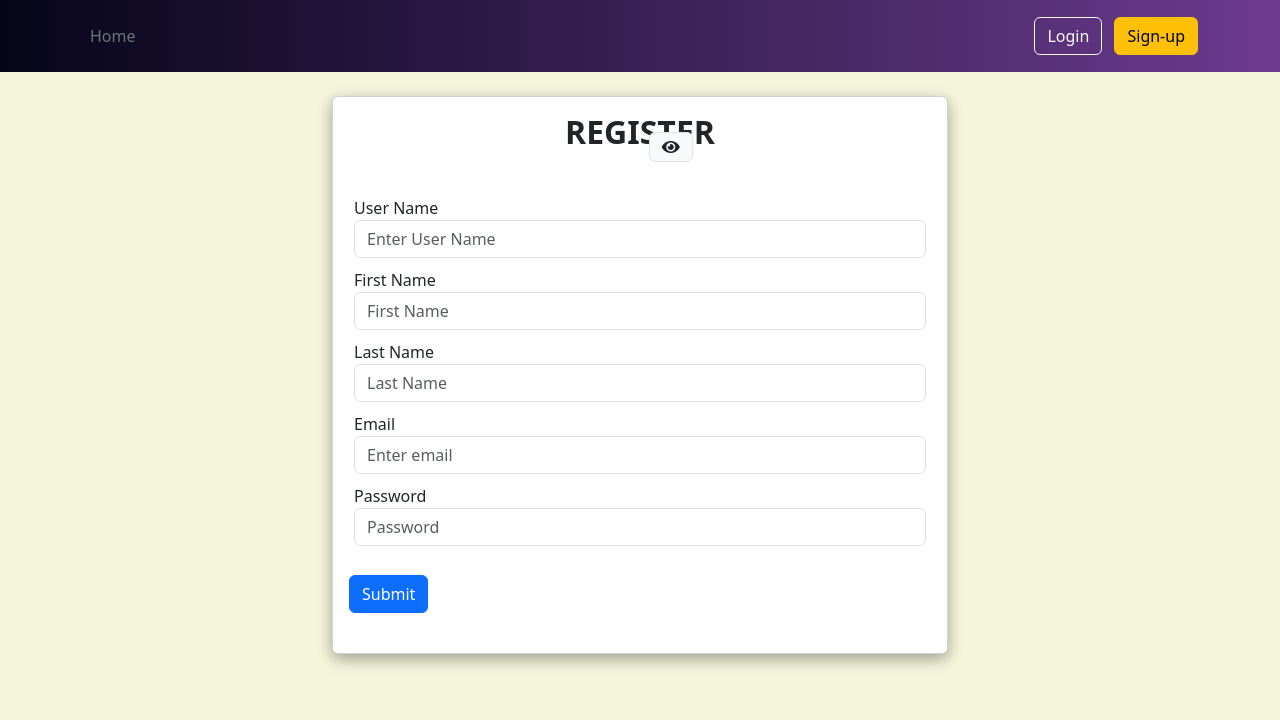
Repository: professorsourabh/php_membership
Page: http://localhost/assignment/
An editor plug-in stored every save of this project. The page is shown before and after the next save, followed by the edit.
The browser window is 1280 px wide. The pictures show the whole page.
Some web libraries are served in a nearby version. The page is run by PHP 8.4 with error messages shown; the project is at /var/www/html/.

Above is the page before, as saved 2023-07-09 15:33:44.

### index.php
<?php
session_start();
?>

<html lang="en">
<head>
    <meta charset="UTF-8">
    <meta name="viewport" content="width=device-width, initial-scale=1.0">
    <title>Assesment-Register</title>
    <link href="https://cdn.jsdelivr.net/npm/bootstrap@5.3.0/dist/css/bootstrap.min.css" rel="stylesheet" integrity="sha384-9ndCyUaIbzAi2FUVXJi0CjmCapSmO7SnpJef0486qhLnuZ2cdeRhO02iuK6FUUVM" crossorigin="anonymous">
    <link rel="stylesheet" href="https://cdnjs.cloudflare.com/ajax/libs/font-awesome/5.13.0/css/all.min.css">
    <link rel="stylesheet" href="index.css"></link>
</head>
<body>
    <header class="p-3 bg-dark text-white">
        <div class="container">
          <div class="d-flex flex-wrap align-items-center justify-content-center justify-content-lg-start">


            <ul class="nav col-12 col-lg-auto me-lg-auto mb-2 justify-content-center mb-md-0">
              <li><a href="#" class="nav-link px-2 text-secondary " >Home</a></li>

            </ul>

              <div class="text-end">
              <a type="button" class="btn btn-outline-light me-2" href="login.php">Login</a>
              <a type="button" class="btn btn-warning" href="index.php">Sign-up</a>
            </div>
          </div>
        </div>
      </header>
      <div class="container my-4 col-lg-6">
        <div class="card my-4" style="box-shadow: rgba(0, 0, 0, 0.35) 0px 5px 15px;">
            <div class="card-heading text-center my-3 mx-2">
                <h2 class="text-uppercase fw-bold">Register</h2>
            </div>
            <div class="card-body">
            <?php if (!empty($_SESSION['error_msg'])) { ?>
            <div class="error">
                <div class="alert alert-danger alert-dismissible fade show" role="alert">
                    <?php echo $_SESSION['error_msg']; ?>
                    <button type="button" class="btn-close" data-bs-dismiss="alert" aria-label="Close"></button>
                </div>
            </div>
            <?php
            unset($_SESSION['error_msg']);
        } ?>
         <?php if (!empty($_SESSION['success_msg'])) { ?>
            <div class="error">
                <div class="alert alert-success alert-dismissible fade show" role="alert">
                    <?php echo $_SESSION['success_msg']; ?>
                    <button type="button" class="btn-close" data-bs-dismiss="alert" aria-label="Close"></button>
                </div>
            </div>
            <?php
            unset($_SESSION['success_msg']);
        } ?>

        <form method="post" action="./controller/registerController.php">
            <div class="form-group">
                <label for="exampleInputusername">User Name</label>
                <input type="text" class="form-control" name="username" id="username" placeholder="Enter User Name">
              </div>

              <div class="form-group">
                <label for="exampleInputfirst_name">First Name</label>
                <input type="text" class="form-control" name="firstname" id="first_name" placeholder="First Name">
              </div>
              <div class="form-group">
                <label for="exampleInputlast_name">Last Name</label>
                <input type="text" name="lastname" class="form-control" id="last_name" placeholder="Last Name">
              </div>

            <div class="form-group">
              <label for="exampleInputEmail">Email</label>
              <input type="email" class="form-control" name="email" id="email"  placeholder="Enter email">

            </div>


              <div class="form-group">
                <label for="exampleInputPassword">Password</label>
                <input type="password" class="form-control" name="password" id="exampleInputPassword" placeholder="Password">
                <span class="input-group-text eye-icon" onclick="togglePasswordVisibility('password')">
                            <i class="fas fa-eye"></i>
                        </span>
              </div>


            <button type="submit" class="btn btn-primary my-4">Submit</button>
          </form>

            </div>
        </div>

    </div>







    <script src="https://cdn.jsdelivr.net/npm/bootstrap@5.3.0/dist/js/bootstrap.bundle.min.js" integrity="sha384-geWF76RCwLtnZ8qwWowPQNguL3RmwHVBC9FhGdlKrxdiJJigb/j/68SIy3Te4Bkz" crossorigin="anonymous"></script>
    <script src="./public/project.js">

       </script>
  </body>
</html>

### index.css
*{
    padding: 0;
    margin: 0;
}

body{

    background-color: beige;
}
header{
    background: rgb(5,4,24);
    background: linear-gradient(90deg, rgba(5,4,24,0.9557072829131653) 0%, rgba(134,66,179,0.7400210084033614) 100%);
}
.registration-part{

    padding: 50px;

}
.text-cente{
    text-align: center;
}
div.form-group{
    padding: 5px;
}

.eye-icon {
    /* cursor: pointer;
    position: absolute;
    top: 70%;
    right: 70%;
    transform: none;
    margin-top: 0.5rem; */

    position: absolute;
    top: 9%;
    left: 55%;
    transform: translate(-50%, -50%);
}

### public/project.js
function togglePasswordVisibility(inputId) {
    var input = document.getElementById(inputId);
    if (input.type === "password") {
        input.type = "text";
    } else {
        input.type = "password";
    }
}

After the next save:
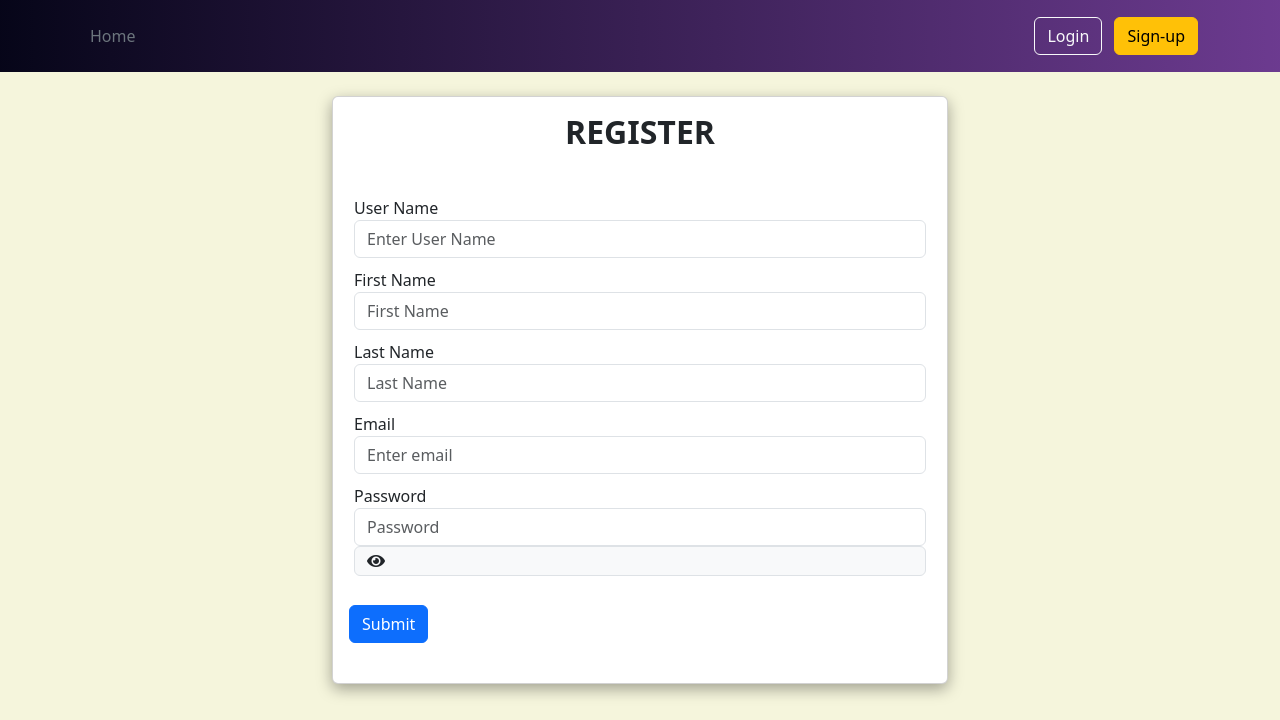
Saved 67 s later.
--- a/index.css
+++ b/index.css
@@ -23,13 +23,8 @@
     padding: 5px;
 }
 
-.eye-icon {
-    /* cursor: pointer;
-    position: absolute;
-    top: 70%;
-    right: 70%;
-    transform: none;
-    margin-top: 0.5rem; */
+div.eye-icon {
+
 
     position: absolute;
     top: 9%;

After the save that followed:
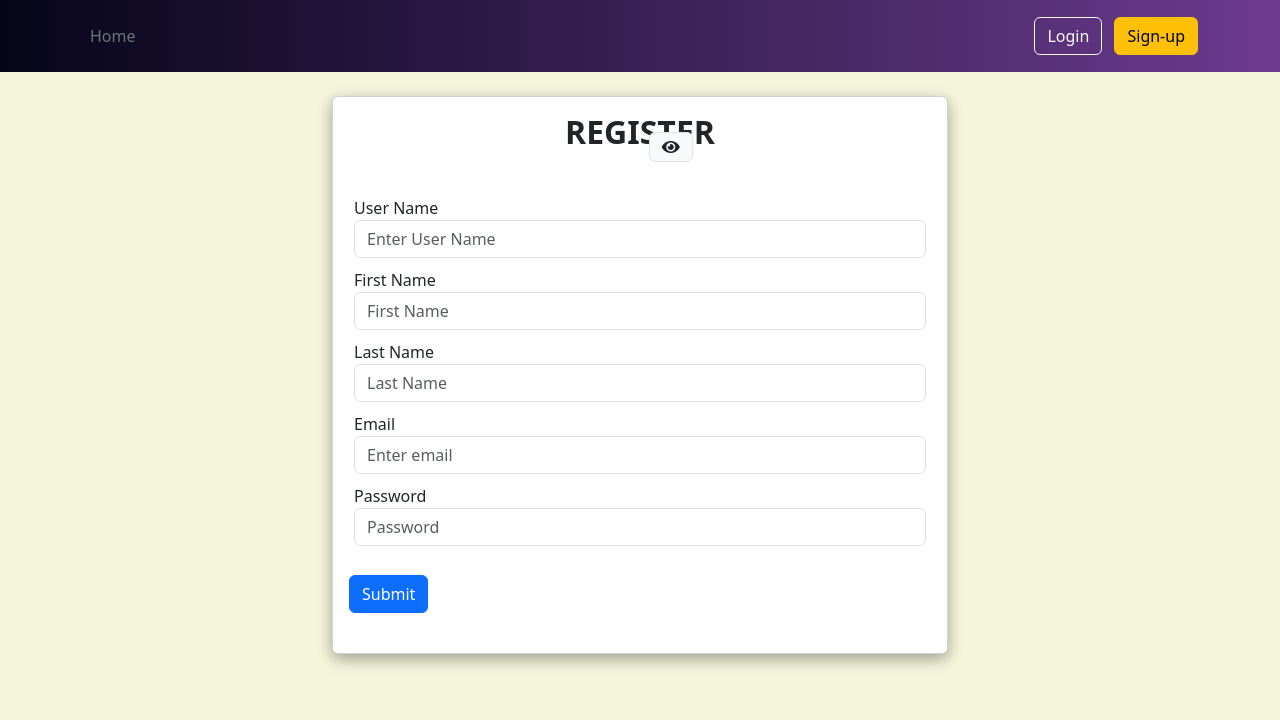
Saved 38 s later.
--- a/index.css
+++ b/index.css
@@ -23,7 +23,7 @@
     padding: 5px;
 }
 
-div.eye-icon {
+span.eye-icon {
 
 
     position: absolute;
